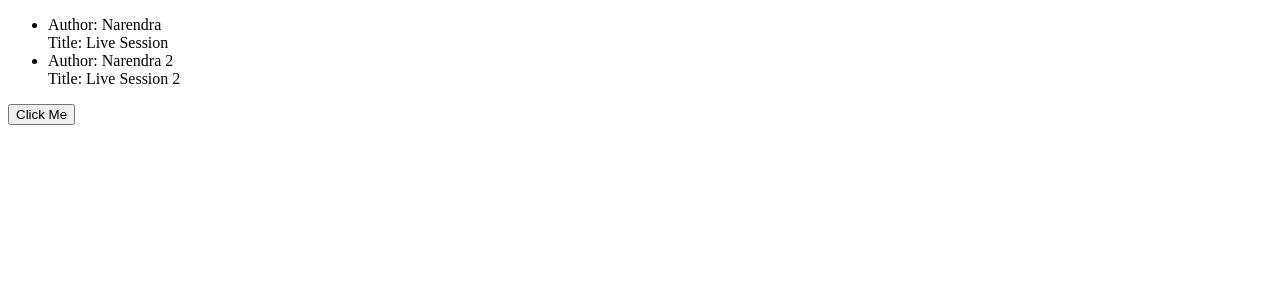
Repository: narendraiitm/may-2023-live-sessions
Page: index.html
An editor plug-in stored every save of this project. The page is shown before and after a run of saves, followed by the edit.
The browser window is 1280 px wide. The pictures show the whole page.

Above is the page before, as saved 2023-06-27 21:06:16.

### index.html
<!DOCTYPE html>
<html lang="en">
  <head>
    <meta charset="UTF-8" />
    <meta http-equiv="X-UA-Compatible" content="IE=edge" />
    <meta name="viewport" content="width=device-width, initial-scale=1.0" />
    <title>Document</title>
    <style>
      .danger {
        color: red;
      }
      .success {
        font-size: 1.5em;
      }
    </style>
  </head>
  <body>
    <div id="app"></div>
    <script src="https://cdn.jsdelivr.net/npm/vue@2/dist/vue.js"></script>
    <script src="./app.js"></script>
  </body>
</html>

### app.js
new Vue({
  // options object
  el: '#app',
  template: `
  <div>
    <ul>
       <li v-for='blog in blogs'>
        <div>Author: {{blog.author}}</div>
        <div>Title: {{blog.title}}</div>
       </li>
    </ul>
    <button v-on:click = 'increeseCount'>Click Me</button>
  </div>
  `,
  data: {
    blogs: [
      { author: 'Narendra', title: 'Live Session' },
      { author: 'Narendra 2', title: 'Live Session 2' },
    ],
    count: 1,
  },
  methods: {
    increeseCount() {
      this.count += 1
    },
  },
})

After the next 2 saves:
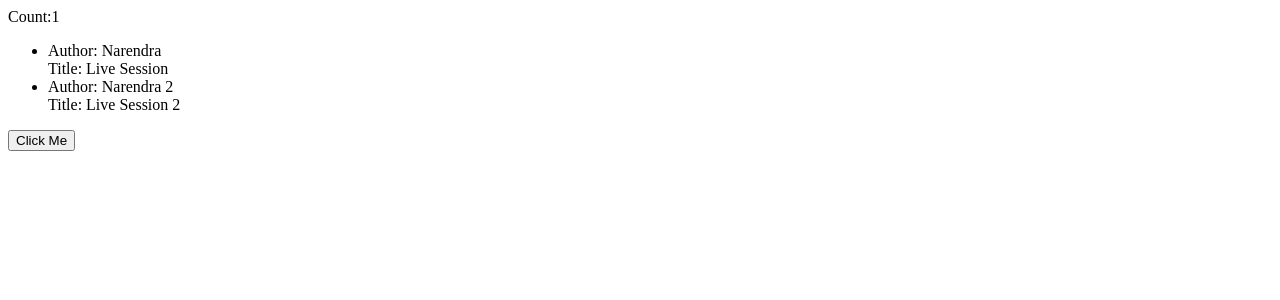
The 2 saves are shown as one change because they came seconds apart.
The last was saved 61 s later.
--- a/app.js
+++ b/app.js
@@ -3,6 +3,7 @@ new Vue({
   el: '#app',
   template: `
   <div>
+    Count:{{count}}
     <ul>
        <li v-for='blog in blogs'>
         <div>Author: {{blog.author}}</div>
